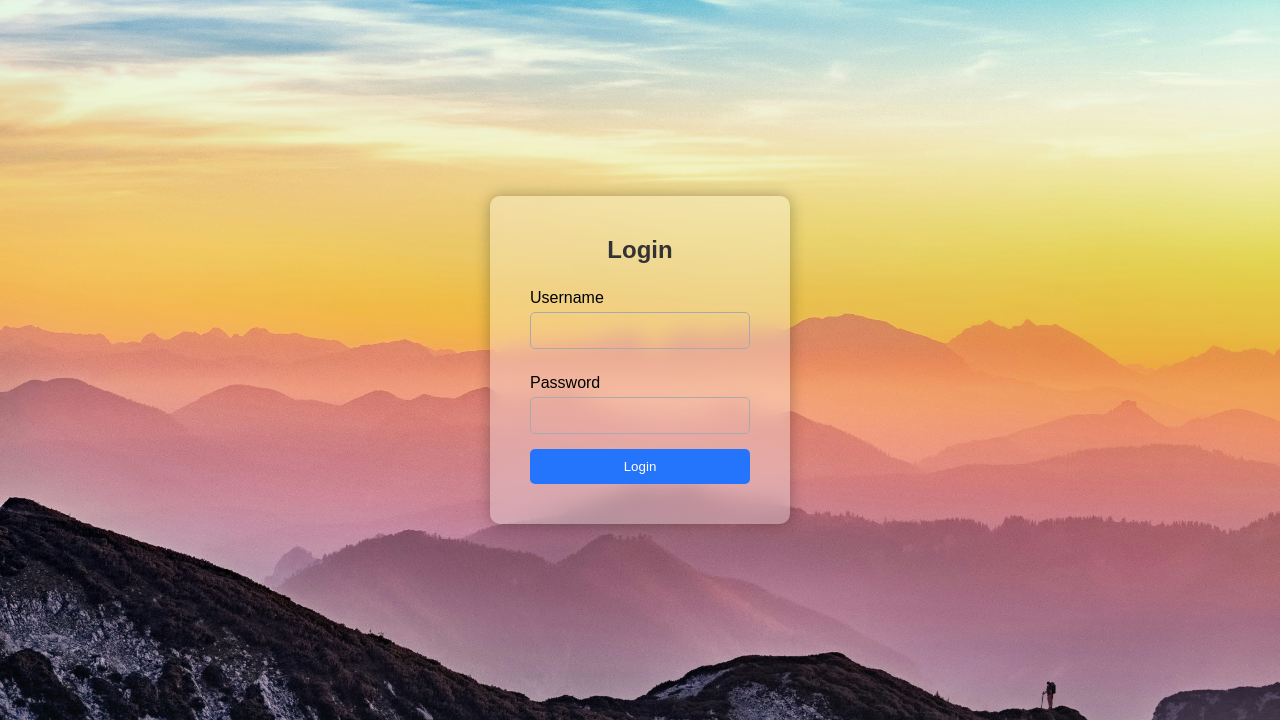
Repository: aboli-vyas/Servlet_Projects
Page: http://localhost/Sevlet_Project/Login.html
These files come from the project's save history. The page is drawn as it stood at one moment and after the next save; the edit follows.
The browser window is 1280 px wide. The pictures show the whole page.
The page is served by Tomcat 9.

Above is the page before, as saved 2025-06-07 12:32:33.

After the next save:
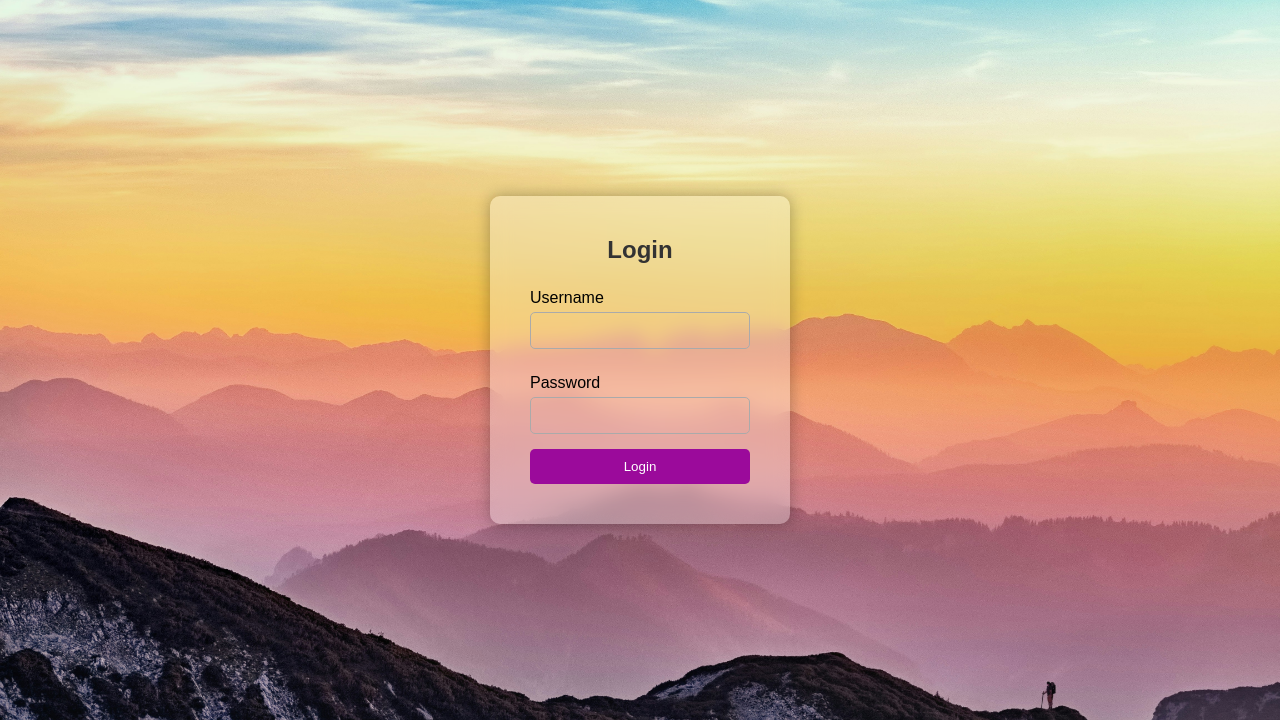
Saved 89 s later.
--- a/Sevlet_Project/src/main/webapp/style2.css
+++ b/Sevlet_Project/src/main/webapp/style2.css
@@ -52,7 +52,7 @@ body {
 .login-container button {
   width: 100%;
   padding: 10px;
-  background-color: #2575fc;
+  background-color: #9b0a9b ;
   color: white;
   border: none;
   border-radius: 5px;
